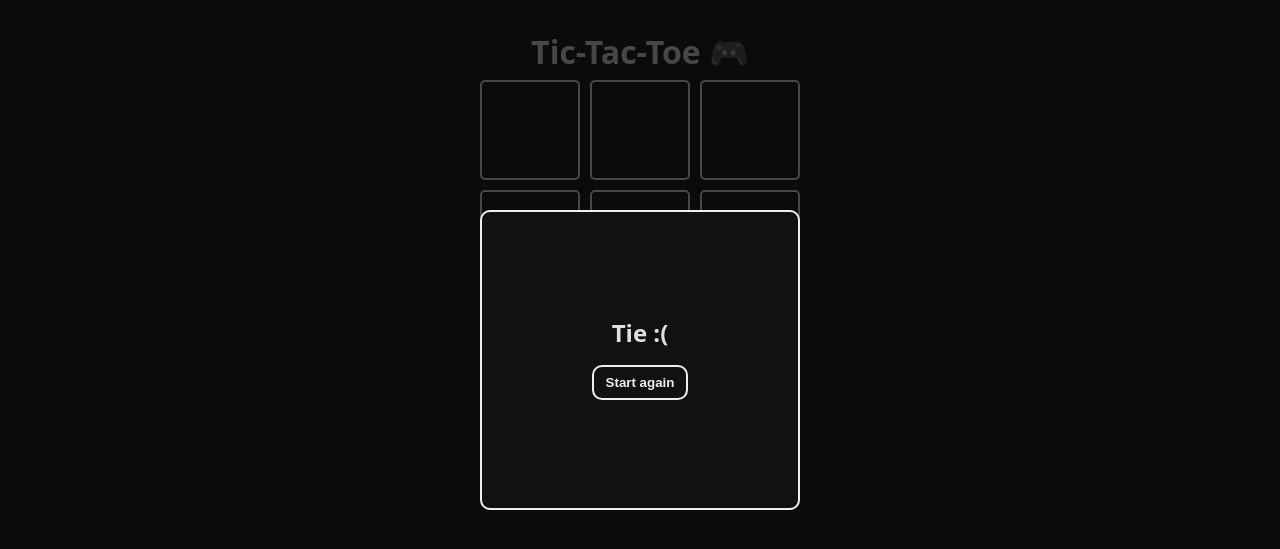
Repository: atzin-escandia/react-tic-tac-toe
Page: /
An editor plug-in stored every save of this project. The page is shown before and after the next save, followed by the edit.
The browser window is 1280 px wide. The pictures show the whole page.
The project was rebuilt for these pictures with package versions that can differ from the ones it lists, and the page was loaded fresh each time. Also part of the build but not shown: vite.config.js.

Above is the page before, as saved 2023-10-08 17:56:43.

### index.html
<!DOCTYPE html>
<html lang="en">
  <head>
    <meta charset="UTF-8" />
    <link rel="icon" type="image/svg+xml" href="/vite.svg" />
    <meta name="viewport" content="width=device-width, initial-scale=1.0" />
    <title>Tic-Tac-Toe React 🎮</title>
  </head>
  <body>
    <div id="root"></div>
    <script type="module" src="/src/main.jsx"></script>
  </body>
</html>

### src/App.jsx
import { useState } from "react";
import "./index.css";
import confetti from "canvas-confetti";
import { ALL_TURNS, WINNER_COMBOS } from "./constants";
import Modal from "./Modal";

function App() {
  const initialState = Array(9).fill(null);
  const initialStateTurn =
    ALL_TURNS[Math.floor(Math.random() * ALL_TURNS.length)];
  const [board, setBoard] = useState(initialState);
  const [turn, setTurn] = useState(true);
  const [winner, setWinner] = useState(null);
  const [randomTurn, setRandomTurn] = useState(initialStateTurn);

  const restartGame = () => {
    setBoard(initialState);
    setWinner(null);
    setRandomTurn(initialStateTurn);
  };

  const checkWinner = (board) => {
    for (const combo of WINNER_COMBOS) {
      const [a, b, c] = combo;
      if (board[a] && board[a] === board[b] && board[b] === board[c]) {
        return board[a];
      }
    }
    return null;
  };

  const updateBoard = (index) => {
    const newBoard = [...board];

    if (newBoard[index] || winner) return;
    newBoard[index] = turn ? randomTurn[0] : randomTurn[1];
    setTurn(!turn);
    setBoard(newBoard);

    newBoard.forEach((_, index) => index);

    const newWinner = checkWinner(newBoard);
    if (newWinner) {
      setWinner(newWinner);
      confetti();
    } else if (!newBoard.includes(null)) {
      setWinner(false);
    }
  };

  const Square = ({ children, updateBoard, index }) => {
    return (
      <div onClick={() => updateBoard(index)} className="square">
        {children}
      </div>
    );
  };

  return (
    <main className="board">
      <h1>Tic-Tac-Toe 🎮</h1>
      <section className="game">
        {board.map((_, index) => {
          return (
            <Square key={index} index={index} updateBoard={updateBoard}>
              {board[index]}
            </Square>
          );
        })}
      </section>
      <Modal restartGame={restartGame} winner={winner} />
    </main>
  );
}

export default App;

### src/index.css
:root {
  font-family: system-ui, -apple-system, BlinkMacSystemFont, "Segoe UI", Roboto,
    Oxygen, Ubuntu, Cantarell, "Open Sans", "Helvetica Neue", sans-serif;
  font-size: 16px;
  line-height: 24px;
  font-weight: 400;

  color-scheme: light dark;
  color: rgba(255, 255, 255, 0.87);
  background-color: #242424;

  font-synthesis: none;
  text-rendering: optimizeLegibility;
  -webkit-font-smoothing: antialiased;
  -moz-osx-font-smoothing: grayscale;
  -webkit-text-size-adjust: 100%;
}

body {
  margin: 0;
  display: flex;
  justify-content: center;
  min-width: 320px;
  min-height: 100vh;
}

* {
  padding: 0;
  margin: 0;
  box-sizing: border-box;
}

.board {
  width: fit-content;
  margin: 40px auto;
  text-align: center;
}

.board h1 {
  color: #eee;

  margin-bottom: 16px;
}

.board button {
  padding: 8px 12px;
  margin: 25px;
  background: transparent;
  border: 2px solid #eee;
  color: #eee;
  width: 100px;
  border-radius: 5px;
  transition: 0.2s;
  font-weight: bold;
  cursor: pointer;
}

.board button:hover {
  background: #eee;
  color: #222;
}

.board .game {
  display: grid;
  grid-template-columns: repeat(3, 1fr);
  gap: 10px;
}

.turn {
  display: flex;
  justify-content: center;
  margin: 15px auto;
  width: fit-content;
  position: relative;
  border-radius: 10px;
}

.turn .square,
.winner .square {
  width: 70px;
  height: 70px;
  pointer-events: none;
  border-color: transparent;
}

.square.is-selected {
  color: #fff;
  background: #09f;
}

.winner {
  position: absolute;
  width: 100vw;
  height: 100vh;
  top: 0;
  left: 0;
  display: grid;
  place-items: center;
  background-color: rgba(0, 0, 0, 0.7);
}

.winner .text {
  background: #111;
  height: 300px;
  width: 320px;
  border: 2px solid #eee;
  border-radius: 10px;
  display: flex;
  flex-direction: column;
  justify-content: center;
  align-items: center;
  gap: 20px;
}

.winner .win {
  margin: 0 auto;
  width: fit-content;
  border: 2px solid #eee;
  border-radius: 10px;
  display: flex;
  gap: 15px;
}

.square {
  width: 100px;
  height: 100px;
  border: 2px solid #eee;
  border-radius: 5px;
  display: grid;
  place-items: center;
  cursor: pointer;
  font-size: 48px;
}

### src/constants.jsx
export const ALL_TURNS = [
  {
    0: "😛",
    1: "🥸",
  },
  {
    0: "🤡",
    1: "😈",
  },
  {
    0: "🫶🏻",
    1: "✌🏻",
  },
  {
    0: "💃🏻",
    1: "🕺🏻",
  },
  {
    0: "🐮",
    1: "🐷",
  },
  {
    0: "🍫",
    1: "🍿",
  },
];

export const WINNER_COMBOS = [
  [0, 1, 2],
  [3, 4, 5],
  [6, 7, 8],
  [0, 3, 6],
  [1, 4, 7],
  [2, 5, 8],
  [0, 4, 8],
  [2, 4, 6],
];

### src/Modal.jsx
export const Modal = ({ winner, restartGame }) => {
  if (winner) return;
  return (
    <section className="winner">
      <div className="text">
        <h2>{winner ? `Won ${winner}!` : "Tie :("}</h2>
        <button className="win" onClick={restartGame}>
          Start again
        </button>
      </div>
    </section>
  );
};

export default Modal;

Loaded but not shown: src/main.jsx (common file)

After the next save:
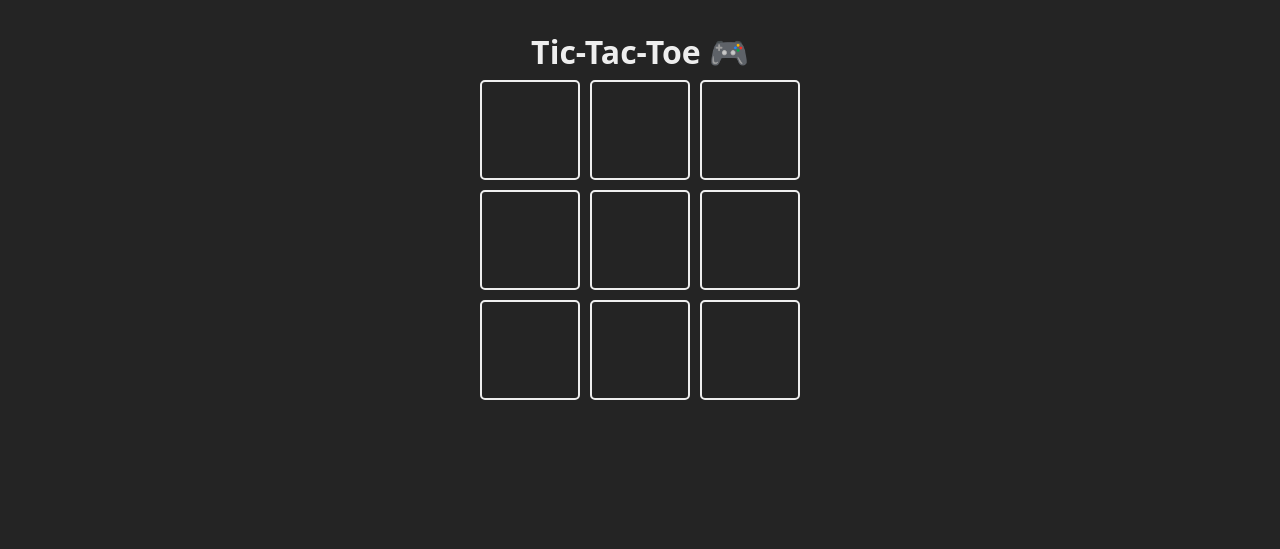
Saved 34 s later.
--- a/src/App.jsx
+++ b/src/App.jsx
@@ -68,7 +68,7 @@
           );
         })}
       </section>
-      <Modal restartGame={restartGame} winner={winner} />
+      <Modal restartGame={restartGame} winner />
     </main>
   );
 }

After the save that followed:
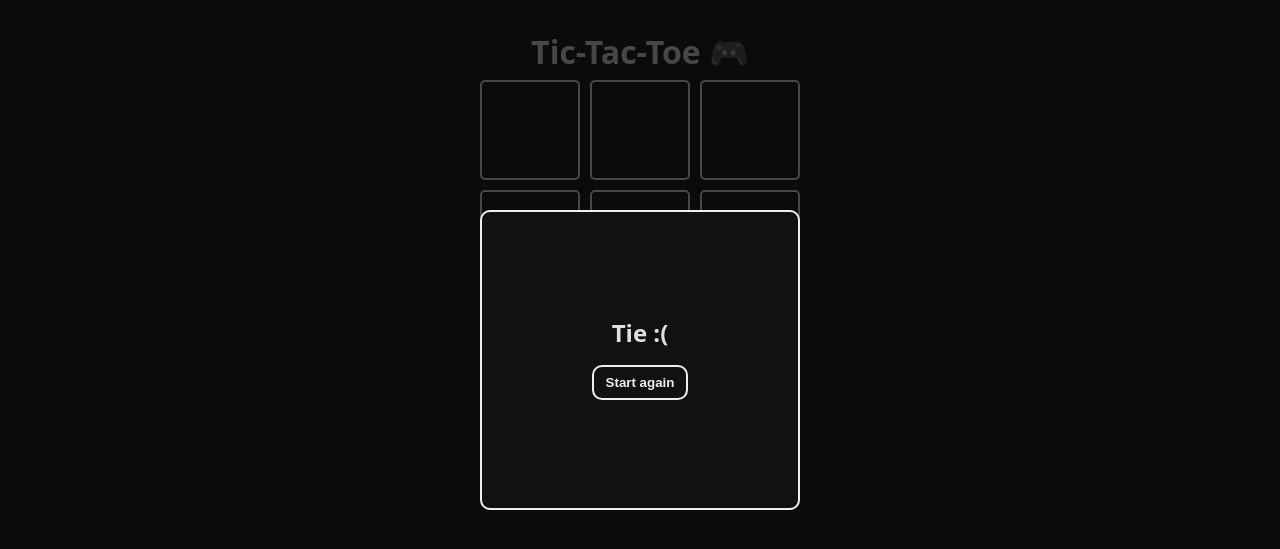
Saved 7 s later.
--- a/src/App.jsx
+++ b/src/App.jsx
@@ -68,7 +68,7 @@
           );
         })}
       </section>
-      <Modal restartGame={restartGame} winner />
+      <Modal restartGame={restartGame} winner={winner} />
     </main>
   );
 }
